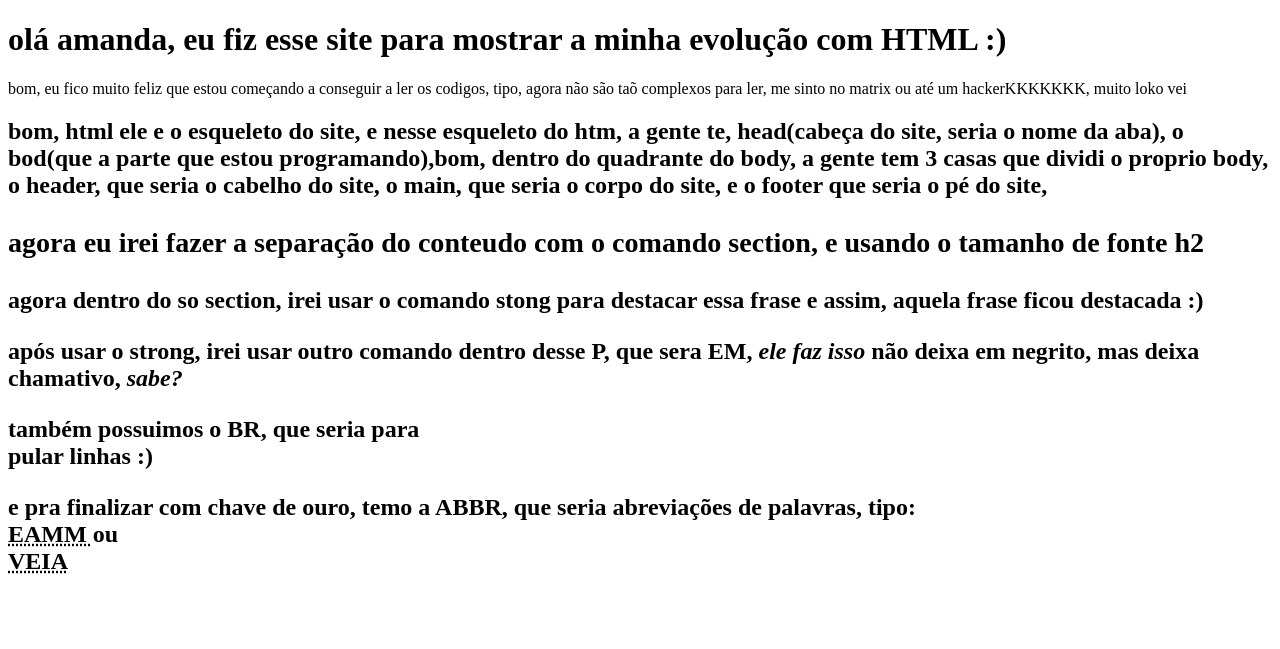
Repository: Jhones17/HTML-CURSO-V1
Page: index.html
An editor plug-in stored every save of this project. The page is shown before and after the next save, followed by the edit.
The browser window is 1280 px wide. The pictures show the whole page.

Above is the page before, as saved 2025-03-16 01:04:45.

### index.html
<!DOCTYPE html>
<html>
    <head>
        <title>CURSO HTML</title>
            <meta name="description" content="aqui você verá o meu conhecimento sobre HTML,
            o será um documentario do que eu aprendi com HTML, espero que se divirta e goste de o que eu aprendi :)">
            </head>
                  <body>
                      <header>
                    <h1>olá amanda, eu fiz esse site para mostrar a minha evolução com HTML :) </h1>
                <p>bom, eu fico muito feliz que estou começando a conseguir a ler os codigos, tipo,
                agora não são taõ complexos para ler, me sinto no matrix ou até um hackerKKKKKKK, muito loko vei
            </p>
        </header>
       <h2>  bom, html ele e o esqueleto do site, e nesse esqueleto do htm, a gente te, head(cabeça do site, seria o nome da aba),
         o bod(que a parte que estou programando),bom, dentro do quadrante do body, a gente tem 3
         casas que dividi o proprio body, o header, que seria o cabelho do site, o main, que seria o corpo do site, e o footer que seria o pé do site,</h>
    <main>
   <section>
  <h3> agora eu irei fazer a separação do conteudo com o comando section, e usando o tamanho de fonte h2
</h3>
<p> agora dentro do so section, irei usar o comando stong para destacar <strong> essa frase </strong> e assim, aquela frase ficou destacada :) </p>
<p> após usar o strong, irei usar outro comando dentro desse P, que sera EM, <em> ele faz isso</em> não deixa em negrito, mas deixa chamativo, <em> sabe?</em></p>
<p> também possuimos o BR, que seria para <br>
<strong> pular linhas :) </strong>  </p>
<p> e pra finalizar com chave de ouro, temo a ABBR, que seria abreviações de palavras, tipo: <br>
<abbr title="eu amo minha mulher"> EAMM </abbr> ou <br>
<abbr title="você é incrivel amor <3">  VEIA </abbr> </p>


</section>


            </main>
        <footer></footer>
    </body>
 </html>

After the next save:
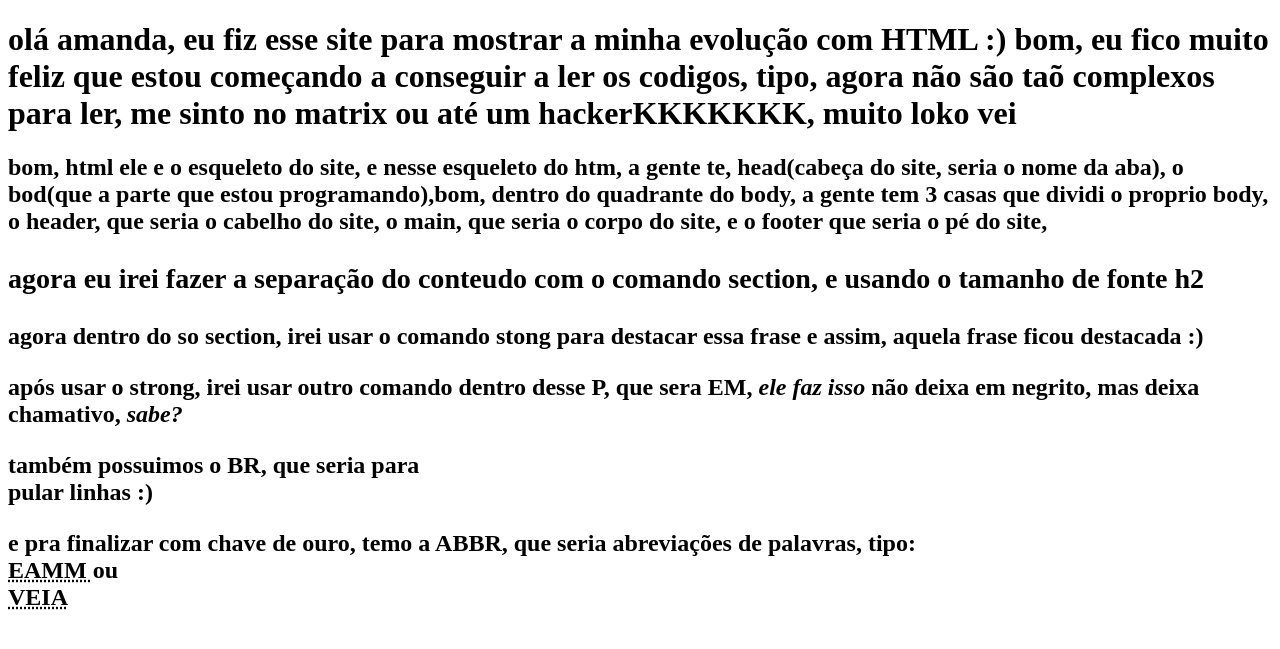
Saved 92 s later.
--- a/index.html
+++ b/index.html
@@ -7,10 +7,10 @@
             </head>
                   <body>
                       <header>
-                    <h1>olá amanda, eu fiz esse site para mostrar a minha evolução com HTML :) </h1>
-                <p>bom, eu fico muito feliz que estou começando a conseguir a ler os codigos, tipo,
+                    <h1>olá amanda, eu fiz esse site para mostrar a minha evolução com HTML :)
+                bom, eu fico muito feliz que estou começando a conseguir a ler os codigos, tipo,
                 agora não são taõ complexos para ler, me sinto no matrix ou até um hackerKKKKKKK, muito loko vei
-            </p>
+            </h1>
         </header>
        <h2>  bom, html ele e o esqueleto do site, e nesse esqueleto do htm, a gente te, head(cabeça do site, seria o nome da aba),
          o bod(que a parte que estou programando),bom, dentro do quadrante do body, a gente tem 3
